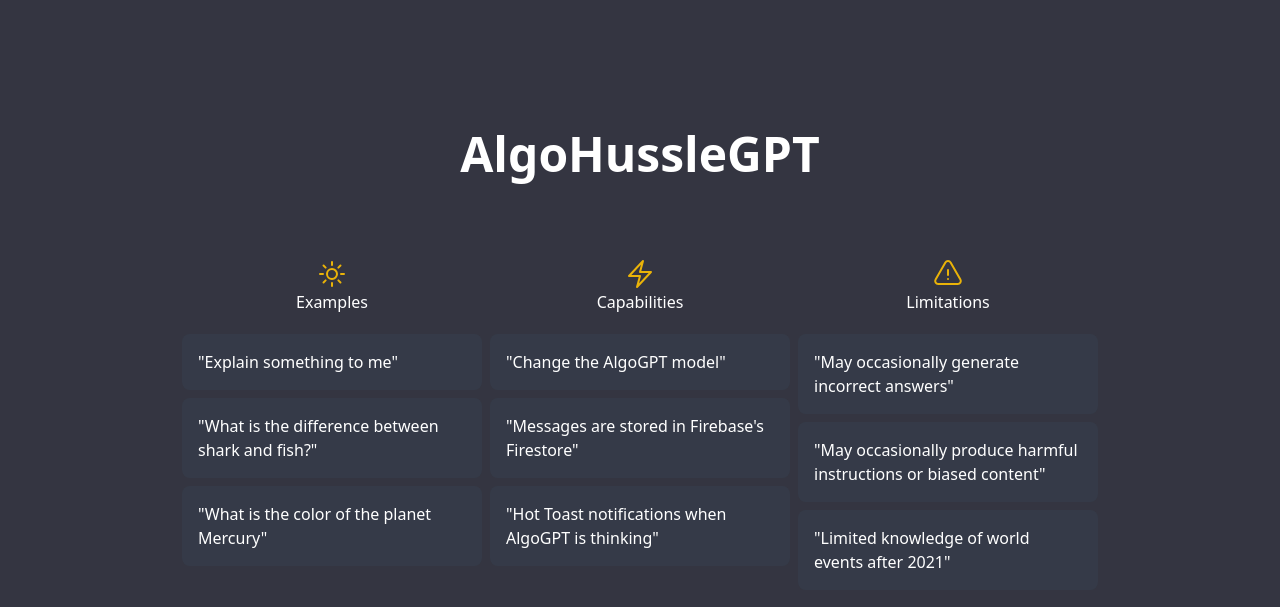
Repository: AlgoHussle/algo-gpt
Page: /
An editor plug-in stored every save of this project. The page is shown before and after the next save, followed by the edit.
The browser window is 1280 px wide. The pictures show the whole page.
The project was rebuilt for these pictures with package versions that can differ from the ones it lists, and the page was loaded fresh each time. The framework's server and built-in components were replaced by stand-ins that run in the browser. Also part of the build but not shown: next.config.js.

Above is the page before, as saved 2023-02-08 16:17:03.

After the next save:
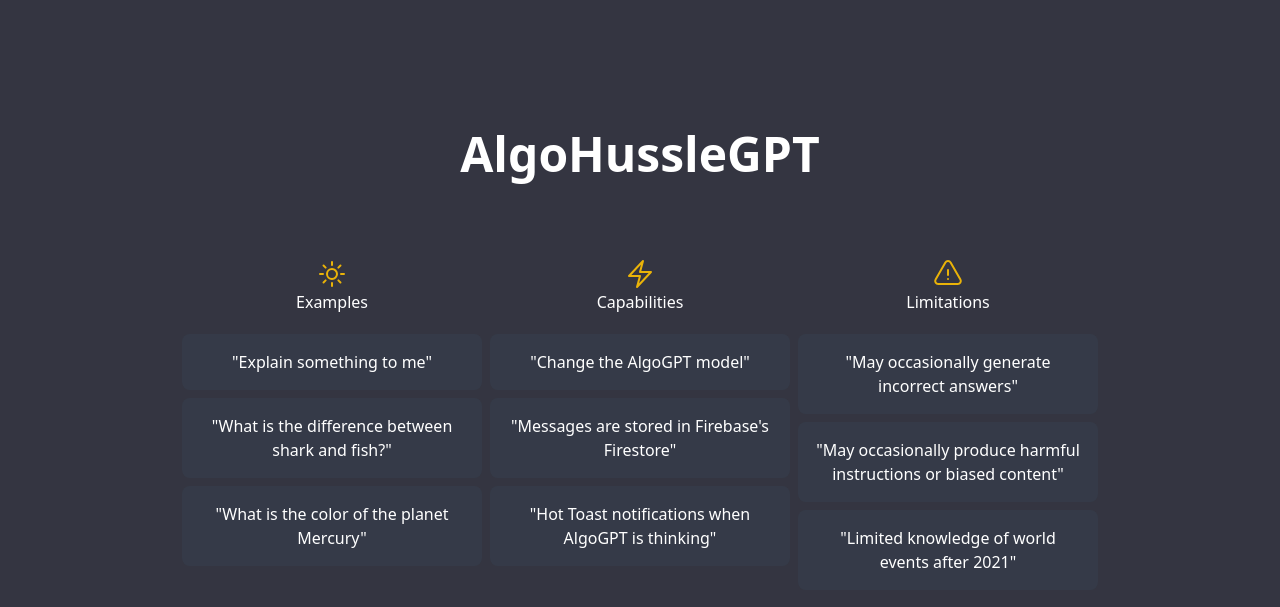
Saved 5 s later.
--- a/app/page.tsx
+++ b/app/page.tsx
@@ -10,7 +10,7 @@
         px-2 text-white">
             <h1 className="text-5xl font-bold mb-20">AlgoHussleGPT </h1>
 
-        <div className='flex space-x-2 '>
+        <div className='flex space-x-2 text-center'>
             <div>
                 <div className="flex flex-col items-center justify-center mb-5">
                     {/* Sun Icon */}
